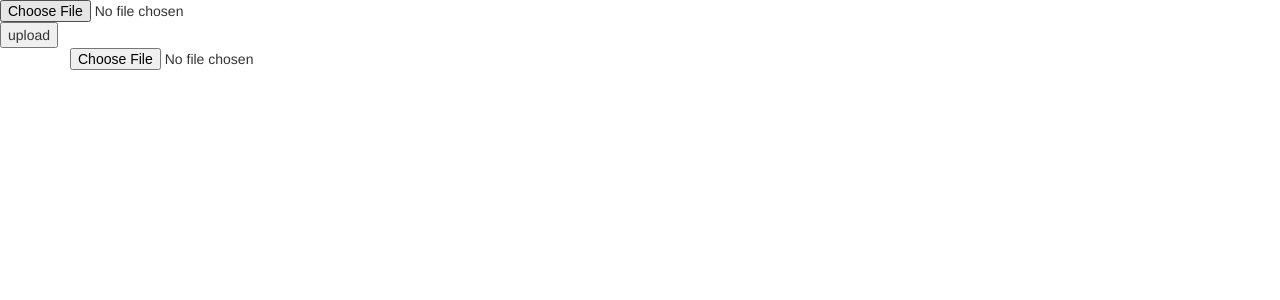
Repository: abhi98999/Project_2_SOCIAL
Page: frontend/WebContent/c_fileUpload/fileUpload.html
An editor plug-in stored every save of this project. The page is shown before and after the next save, followed by the edit.
The browser window is 1280 px wide. The pictures show the whole page.
Some web libraries are served in a nearby version.

Above is the page before, as saved 2017-07-08 06:24:43.
Console error (its wording comes from the project's code and is left out).

### frontend/WebContent/c_fileUpload/fileUpload.html
<!DOCTYPE html>
<html>
<head>
<meta charset="ISO-8859-1">
 <link href="https://maxcdn.bootstrapcdn.com/bootstrap/3.3.7/css/bootstrap.min.css" rel="stylesheet">
 <script src="https://maxcdn.bootstrapcdn.com/bootstrap/3.3.7/js/bootstrap.min.js" type="text/javascript"></script>
  <script src="http://ajax.googleapis.com/ajax/libs/jquery/2.1.1/jquery.min.js"></script>
     <script src="https://code.jquery.com/jquery-2.2.1.min.js"></script>
</head>

<body>
<form enctype="multipart/form-data" method="post" action="http://localhost:8084/backend/uploadFile">
<input type="file" name="fileUpload">
<input type="submit" value="upload">
</form>
<div class="container kv-main">
           <div class="form-group">
            <input id="file-5" class="file" type="file"
            name="fileUpload"
            data-preview-file-type="any" data-upload-url="http://localhost:8084/backend/uploadFile">
        </div>
        </div>

</body>
</html>

After the next save:
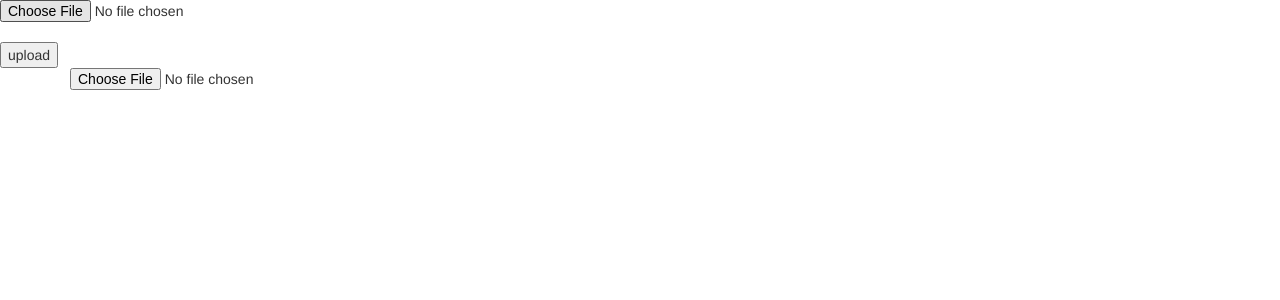
Saved 63 s later.
--- a/frontend/WebContent/c_fileUpload/fileUpload.html
+++ b/frontend/WebContent/c_fileUpload/fileUpload.html
@@ -10,7 +10,7 @@
 
 <body>
 <form enctype="multipart/form-data" method="post" action="http://localhost:8084/backend/uploadFile">
-<input type="file" name="fileUpload">
+<input type="file" name="fileUpload"><br>
 <input type="submit" value="upload">
 </form>
 <div class="container kv-main">
